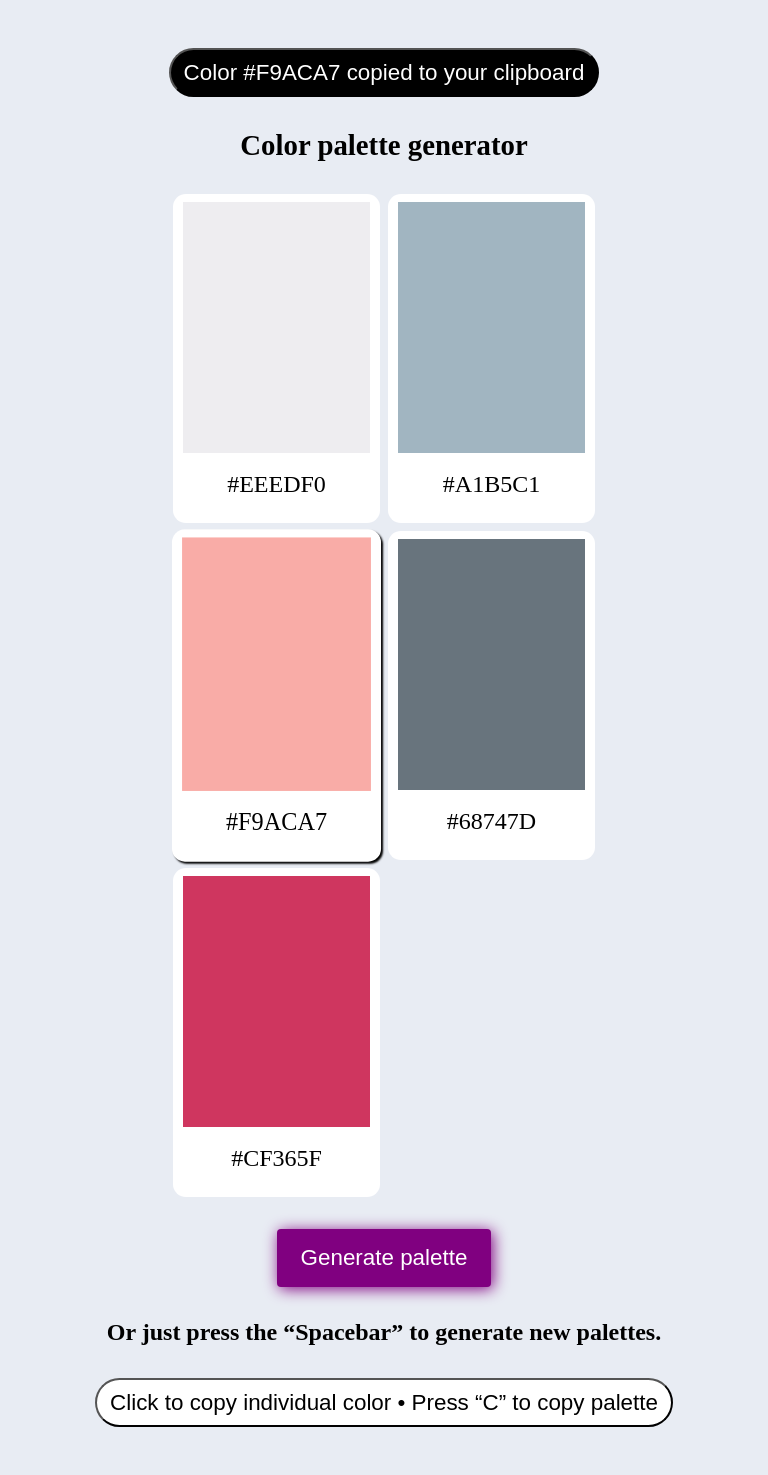
Repository: Hcmwebs/Color-Palette-Generator
Page: index.html
An editor plug-in stored every save of this project. The page is shown before and after the next save, followed by the edit.
The browser window is 768 px wide. The pictures show the whole page.

Above is the page before, as saved 2020-07-07 12:12:53.

### index.html
<!DOCTYPE html>
<html lang="en">
<head>
    <meta charset="UTF-8">
    <meta name="viewport" content="width=device-width, initial-scale=1.0">
    <link rel="stylesheet" href="styles.css">
    <title>Color Pallete Generator</title>
</head>
<body>
    <div class="container">

        <button class="btn">Color #F9ACA7 copied to your clipboard</button>
        <h2>Color palette generator</h2>
        <div class="card">
            <div class="card__item">
                <div class="card__color card__color--lightPurpleish"></div>
                <div class="card__tag">#EEEDF0</div>
            </div>

            <div class="card__item">
                <div class="card__color card__color--lightBlueGreenish"></div>
                <div class="card__tag">#A1B5C1</div>
            </div>

            <div class="card__item card__item--active">
                <div class="card__color card__color--lightReddish"></div>
                <div class="card__tag">#F9ACA7</div>
            </div>

            <div class="card__item">
                <div class="card__color card__color--lightBluish"></div>
                <div class="card__tag">#68747D</div>
            </div>

            <div class="card__item">
                <div class="card__color card__color--reddish"></div>
                <div class="card__tag">#CF365F</div>
            </div>

        </div>
        <button class="btn btn--generate">Generate palette</button>
        <h3>Or just press the “Spacebar” to generate new palettes.</h3>
        <button class="btn btn--white">Click to copy individual color • Press “C” to copy palette</button>
    </div>
</body>
</html>

### styles.css
*{
    box-sizing: border-box;
    margin: 0;
    padding: 0;
}

body{
    font-weight: 300;
    font-size: 10px;
    display: flex;
    flex-direction: column;
    justify-content: center;
    align-items: center;
    background-color:rgba(124, 107, 107, 0.274);
}
h2,
h3{
    font-weight: light;
    margin: 2rem ;
}
h2{
    font-size: 1.8rem;
}

h3{
    font-size: 1.5rem;
}
.container{
    width: 1400px;
    max-width: 100%;
    height: auto;
    margin: auto;
    padding: 3rem 0;
    display: flex;
    flex-direction: column;
    justify-content: space-between;
    align-items: center;
    background-color:#E8ECF3;
}

.btn{
    background-color:#000;
    color:#fff;
    font-size: 1.4rem;
    border-radius: 2.5rem;
    padding: 0.6rem 0.8rem;
    cursor: pointer;
    transition: all 1s ease-in-out;
}
.btn:hover{
    transform: scale(1.01);
}
.card{
    display: grid;
    grid-template-columns: repeat(5, 1fr);
    gap: 0.5rem;
    justify-content: center;

}
.card__item{
    width: 207px;
    height: 329px;
    padding: 0.5rem 0.1rem;
    border-radius:0.8rem;
    display: flex;
    flex-direction: column;
    justify-content: space-between;
    align-items: center;
    background-color:#fff;
}
.card__item--active{
    box-shadow: 2px 2px 2px ;
    transform: scale(1.01);
}

.card__color{
    content:"";
    width: 187px ;
    height: 251px;
    padding-bottom: 1rem ;

}
.card__color--lightPurpleish{
    background-color: #EEEDF0;

}

.card__color--lightBlueGreenish{
    background-color: #A1B5C1;

}

.card__color--lightReddish{
    background-color: #F9ACA7;

}

.card__color--lightBluish{
    background-color: #68747D;

}


.card__color--reddish{
    background-color: #CF365F;

}
.card__tag{
    font-size:1.5rem;
    font-weight: 400;
    margin: auto;
}

.btn--generate{
    background-color:purple;
    color:#fff;
    border-radius:4px;
    border: none;
    margin-top: 2rem;
    padding: 1rem 1.5rem;
    cursor: pointer;
    box-shadow: 2px 2px 15px purple;
}
.btn--white{
    background-color: #fff;
    color:#000;
}
@media(max-width: 900px){
    .container{
        min-width: 620px;
        width: 100%;
    }
    .card{
        grid-template-columns: repeat(2, 1fr);
    }
}
@media(max-width:600px){
    .container{
        min-width: 300px;
    }
    .card{
        grid-template-columns: 1fr;
    }

}

After the next save:
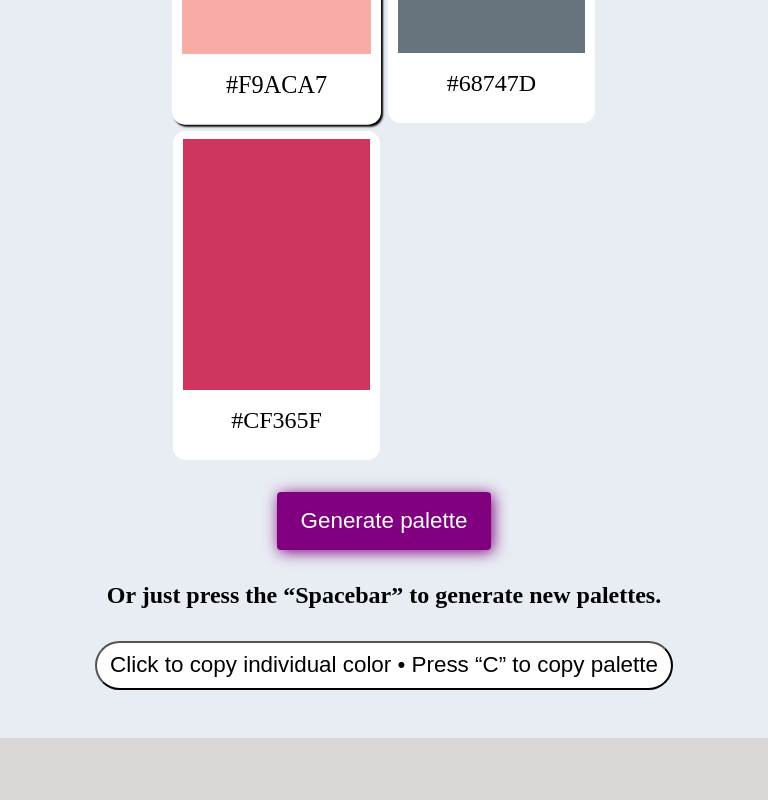
Saved 15 min 20 s later.
--- a/styles.css
+++ b/styles.css
@@ -126,6 +126,9 @@
     color:#000;
 }
 @media(max-width: 900px){
+    body{
+        height: 0;
+    }
     .container{
         min-width: 620px;
         width: 100%;

After the 2 saves that followed:
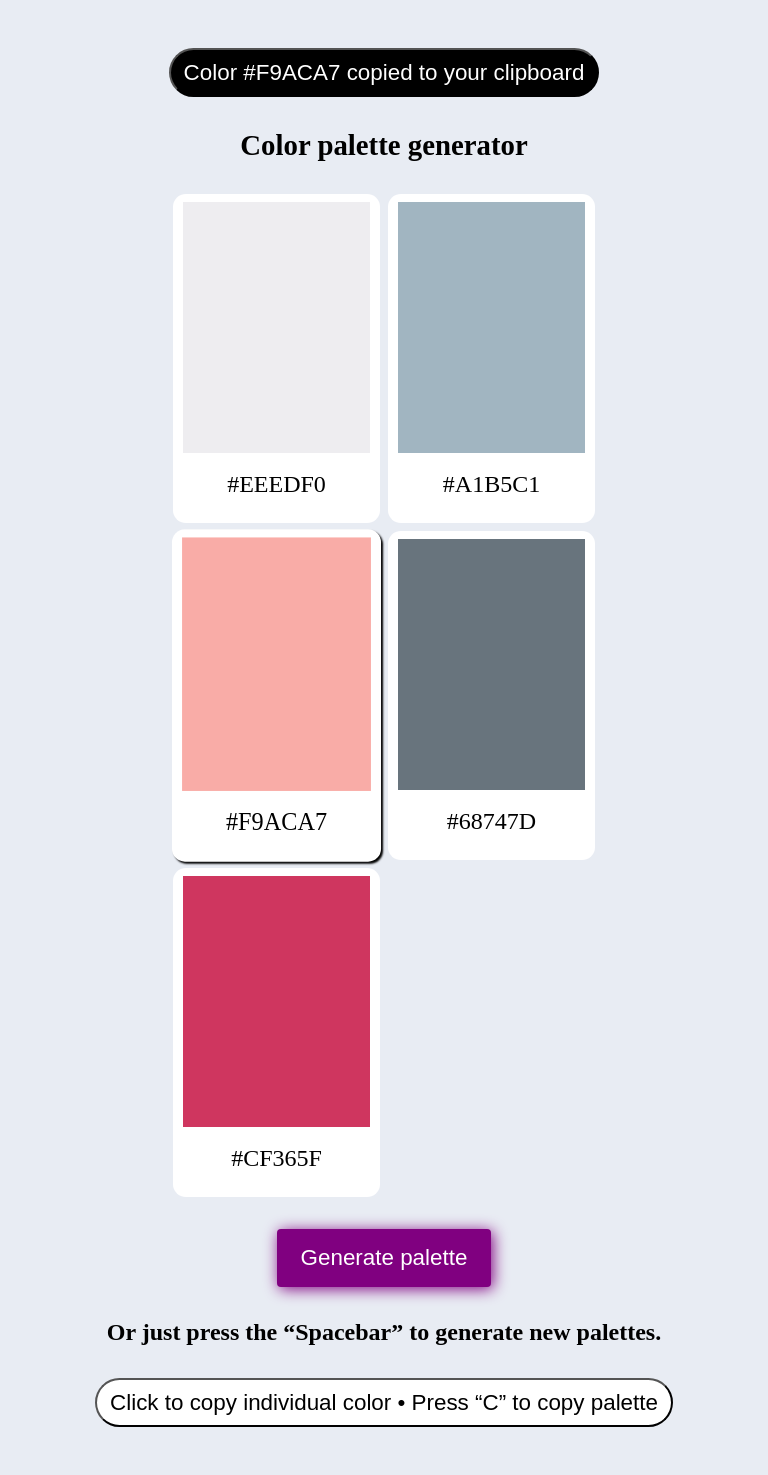
The 2 saves are shown as one change because 1 left the picture as it was.
The last was saved 50 s later.
--- a/styles.css
+++ b/styles.css
@@ -28,7 +28,6 @@
 .container{
     width: 1400px;
     max-width: 100%;
-    height: auto;
     margin: auto;
     padding: 3rem 0;
     display: flex;
@@ -126,9 +125,6 @@
     color:#000;
 }
 @media(max-width: 900px){
-    body{
-        height: 0;
-    }
     .container{
         min-width: 620px;
         width: 100%;
